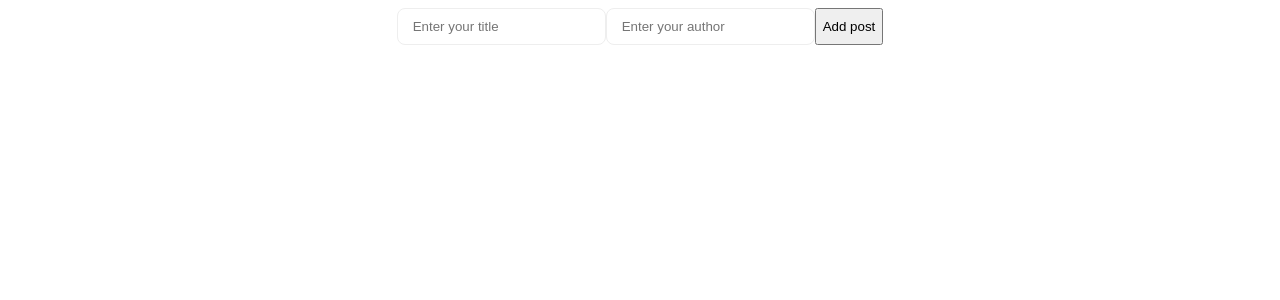
Repository: thuan711/All-about-JS
Page: api/api.html
The author's editor kept a copy of each file at every save. The page is drawn from the files as they stood at one save, then again after the next save.
The browser window is 1280 px wide. The pictures show the whole page.

Above is the page before, as saved 2023-01-21 15:47:25.

After the next save:
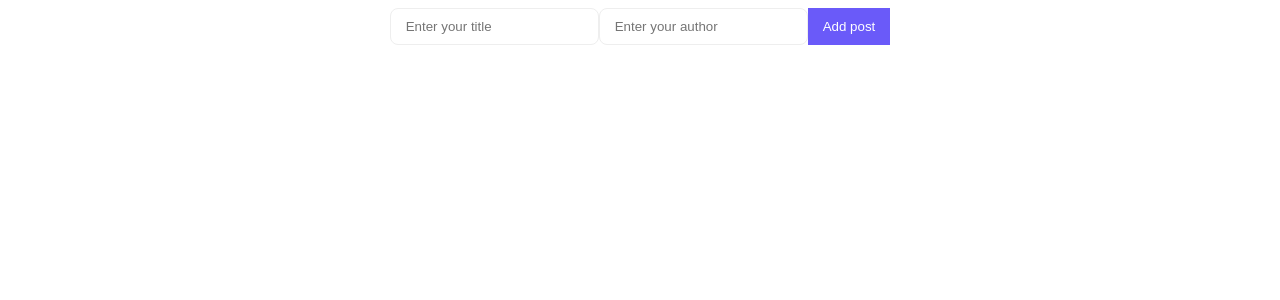
Saved 97 s later.
--- a/api/api.html
+++ b/api/api.html
@@ -121,6 +121,13 @@
             border: 1px solid #eee;
             border-radius: 8px;
           }
+          .form-post button{
+            background-color: #6a5af9;
+            color: white;
+            border: 0;
+            outline: none;
+            padding: 10px 15px;
+          }
     </style>
 
 </head>
